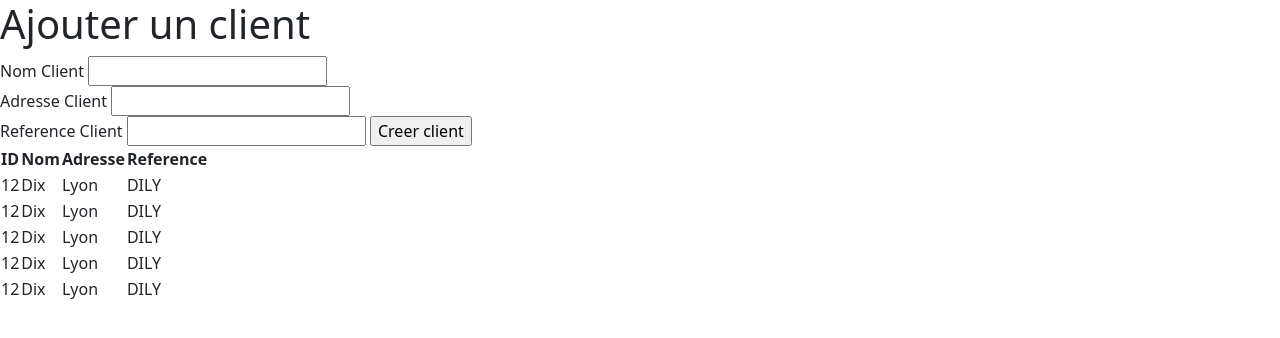
Repository: Elie-Dey/airblio
Page: test.html
An editor plug-in stored every save of this project. The page is shown before and after the next save, followed by the edit.
The browser window is 1280 px wide. The pictures show the whole page.

Above is the page before, as saved 2022-03-28 12:15:31.

### test.html
<!DOCTYPE html>
<html lang="en">
  <head>
    <meta charset="UTF-8" />
    <meta http-equiv="X-UA-Compatible" content="IE=edge" />
    <meta name="viewport" content="width=device-width, initial-scale=1.0" />
    <link
      href="https://cdn.jsdelivr.net/npm/bootstrap@5.1.3/dist/css/bootstrap.min.css"
      rel="stylesheet"
      integrity="sha384-1BmE4kWBq78iYhFldvKuhfTAU6auU8tT94WrHftjDbrCEXSU1oBoqyl2QvZ6jIW3"
      crossorigin="anonymous"
    />
    <script src="https://ajax.googleapis.com/ajax/libs/jquery/3.6.0/jquery.min.js"></script>
    <title>Document</title>
  </head>
  <body>
    <h1>Ajouter un client</h1>
    <form action="connect.php?task=write" method="POST">
      <label for="nom">Nom Client </label>
      <input type="text" name="nom" id="nom" /> <br />
      <label for="Adresse">Adresse Client</label>
      <input type="text" name="adresse" id="adresse" /> <br />
      <label for="reference">Reference Client</label>
      <input type="text" name="reference" id="reference" />
      <input type="submit" value="Creer client" />
    </form>


    <div >
  <table>
  <tr>
    <th>ID</th>
    <th>Nom</th>
    <th>Adresse</th>
    <th>Reference</th>
  </tr>
  <tr class="display-client">
    <td>12</td>
    <td>Dix</td>
    <td>Lyon</td>
    <td>DILY</td>
  </tr>
   <tr class="display-client">
    <td>12</td>
    <td>Dix</td>
    <td>Lyon</td>
    <td>DILY</td>
  </tr>
   <tr class="display-client">
    <td>12</td>
    <td>Dix</td>
    <td>Lyon</td>
    <td>DILY</td>
  </tr>
   <tr class="display-client">
    <td>12</td>
    <td>Dix</td>
    <td>Lyon</td>
    <td>DILY</td>
  </tr>
   <tr class="display-client">
    <td>12</td>
    <td>Dix</td>
    <td>Lyon</td>
    <td>DILY</td>
  </tr>

    </div>
    <script src="js/app.js"></script>
  </body>
</html>

### js/app.js
// var getHttpRequest = function () {
//   var httpRequest = false;
//   if (window.XMLHttpRequest) {
//     // Mozilla, Safari, IE7+...
//     httpRequest = new XMLHttpRequest();
//   } else if (window.ActiveXObject) {
//     // IE 6 et antérieurs
//     httpRequest = new ActiveXObject("Microsoft.XMLHTTP");
//   }

//   return httpRequest;
// };

// var httpRequest = getHttpRequest();
// httpRequest.open("GET");

// $(document).ready(function () {
//   $("form").submit(function (event) {
//     var formData = {
//       nom: $("#nom").val(),
//       adresse: $("#adresse").val(),
//       reference: $("#reference").val(),
//     };
//     $.ajax({
//       type: "POST" ? url : "connect.php",
//       data: formData,
//       dataType: "json",
//       encode: true,
//     }).done(function (data) {
//       console.log(data);
//     });

//     event.preventDefault();
//   });
// });

function getClients() {
  //Creation d'une requete AJAX pour se connecter au serveur avec le fichier connect.php
  const requeteAjax = new XMLHttpRequest();
  requeteAjax.open("GET", "connect.php");

  //Quand les données sont reçus, les traités sous forme de JSON et les affichés au format HTML

  requeteAjax.onload = function () {
    const resultat = JSON.parse(requeteAjax.responseText);
    const html = resultat
      .map(function (client) {
        return `
      <tr>
    <td>${client.id}</td>
    <td>${client.nom}</td>
    <td>${client.adresse}</td>
    <td>${client.reference}</td>
    </tr>
      `;
      })
      .join("");

    const clients = document.querySelector(".display-client");
    clients.innerHTML = html;
  };

  //On envoie la requete
  requeteAjax.send();
}

After the next save:
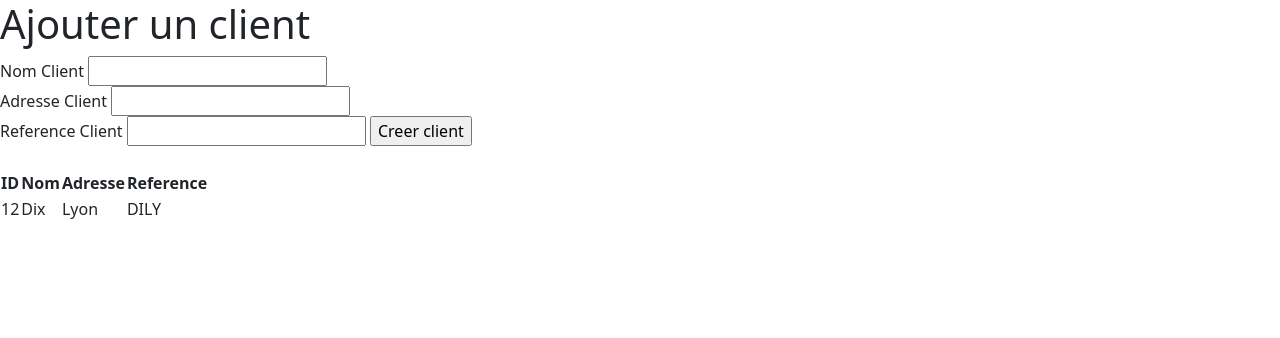
Saved 4 min 48 s later.
--- a/test.html
+++ b/test.html
@@ -39,32 +39,7 @@
     <td>Dix</td>
     <td>Lyon</td>
     <td>DILY</td>
-  </tr>
-   <tr class="display-client">
-    <td>12</td>
-    <td>Dix</td>
-    <td>Lyon</td>
-    <td>DILY</td>
-  </tr>
-   <tr class="display-client">
-    <td>12</td>
-    <td>Dix</td>
-    <td>Lyon</td>
-    <td>DILY</td>
-  </tr>
-   <tr class="display-client">
-    <td>12</td>
-    <td>Dix</td>
-    <td>Lyon</td>
-    <td>DILY</td>
-  </tr>
-   <tr class="display-client">
-    <td>12</td>
-    <td>Dix</td>
-    <td>Lyon</td>
-    <td>DILY</td>
-  </tr>
-
+  </tr> <br>
     </div>
     <script src="js/app.js"></script>
   </body>
